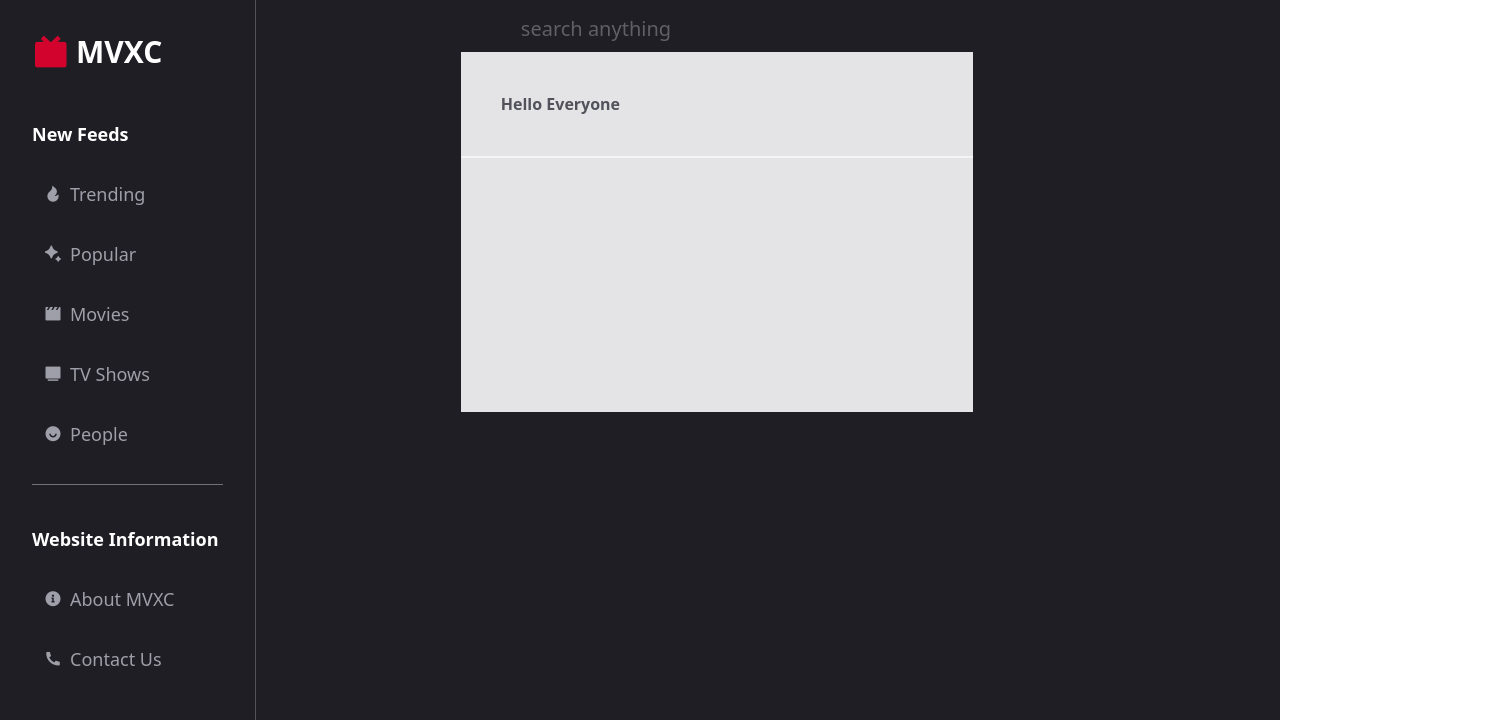
Repository: Csiddharth7906/MovieAppUpdatedVersion
Page: / (app in MVXC-MovieWebApplication/)
An editor plug-in stored every save of this project. The page is shown before and after the next save, followed by the edit.
The browser window is 1280 px wide. The page is 1485 px wide, then 1434 px, so the pictures cover 1485 px, including what lies to the right of the window. The pictures show the whole page.
Some web libraries are served in a nearby version. The project was rebuilt for these pictures with package versions that can differ from the ones it lists, and the page was loaded fresh each time. Also part of the build but not shown: MVXC-MovieWebApplication/vite.config.js.

Above is the page before, as saved 2025-06-17 10:23:35.

After the next save:
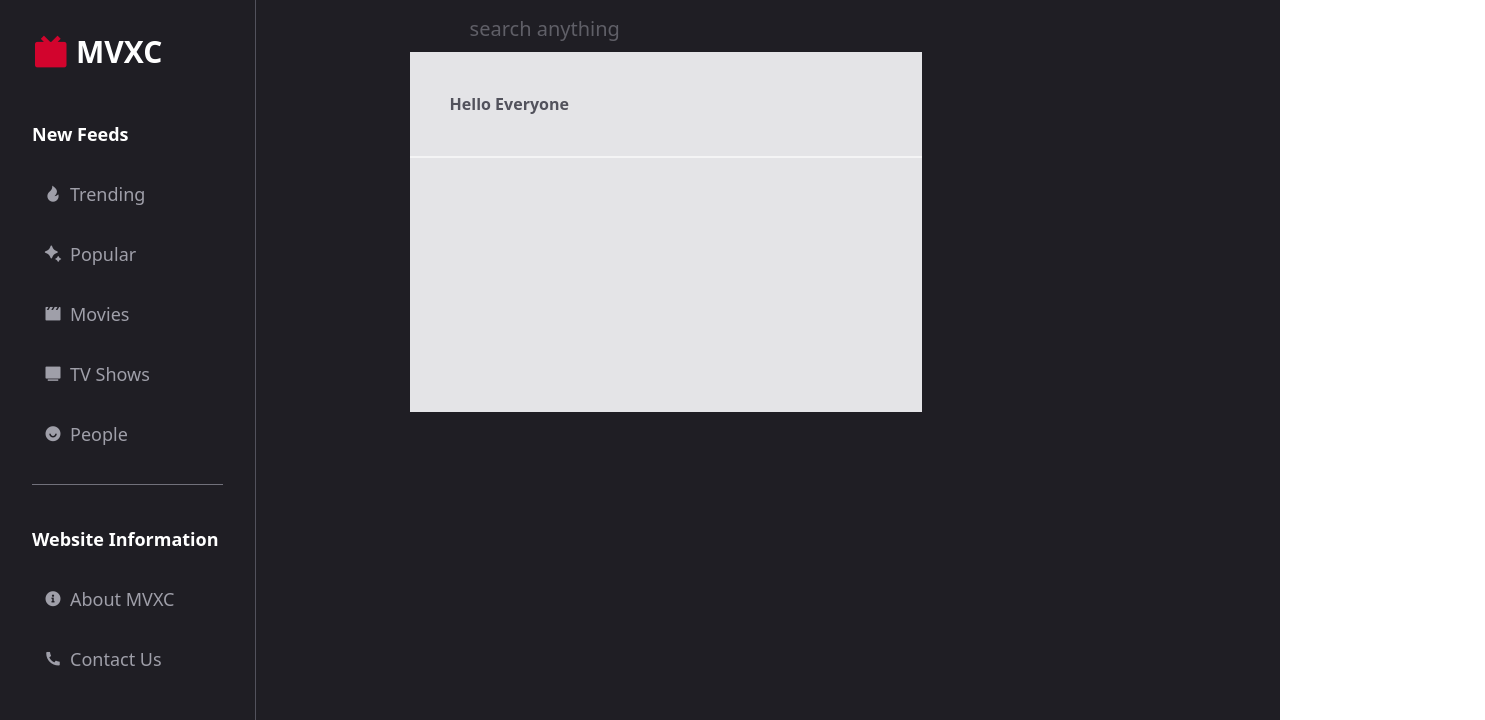
Saved 6 s later.
--- a/MVXC-MovieWebApplication/src/templates/Topnav.jsx
+++ b/MVXC-MovieWebApplication/src/templates/Topnav.jsx
@@ -5,7 +5,7 @@ const Topnav = () => {
   const [query, setquery] = useState("");
   console.log(query)
   return (
-    <div className="w-full h-[8vh] relative flex justify-start ml-[20%] items-center">
+    <div className="w-full h-[8vh] relative flex justify-start ml-[15%] items-center">
       <i classname="text-zinc-400 text-3xl ri-search-line"></i>
       <input
         onChange={(e)=> setquery(e.target.value)}
